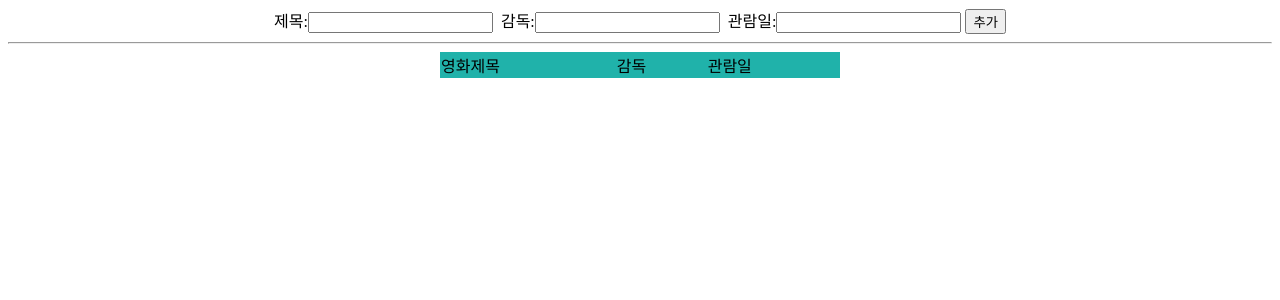
Repository: LeeHyeSu/JSP
Page: http://localhost/Practice33/Movie.jsp
An editor plug-in stored every save of this project. The page is shown before and after the next save, followed by the edit.
The browser window is 1280 px wide. The pictures show the whole page.
The page is served by Tomcat 9.

Above is the page before, as saved 2017-11-25 06:31:50.

After the next save:
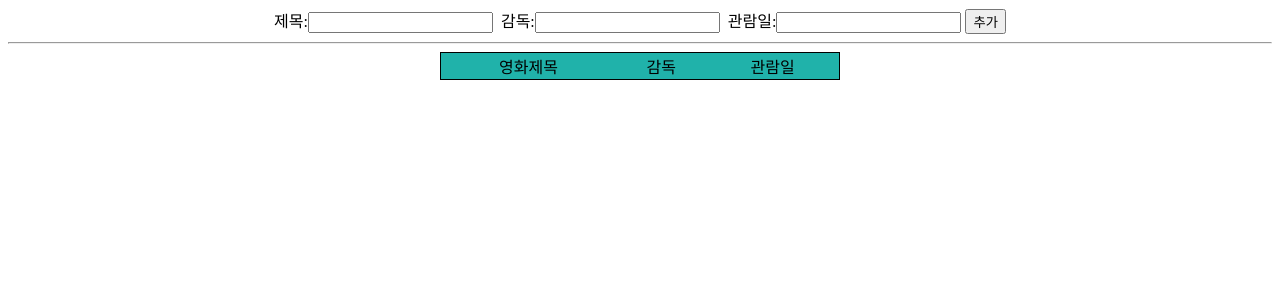
Saved 114 s later.
--- a/Practice33/WebContent/Movie.jsp
+++ b/Practice33/WebContent/Movie.jsp
@@ -27,8 +27,8 @@
 </form>
 
 <hr>
-<table style="border=1px solid" align="center" width="400" cellspacing="0">
-	<tr bgcolor="#20B2AA">
+<table style="border:1px solid #000000" width="400" cellspacing="0">
+	<tr align="center" bgcolor="#20B2AA">
 	<td>영화제목</td><td>감독</td><td>관람일</td>
 	</tr>
 	<%
